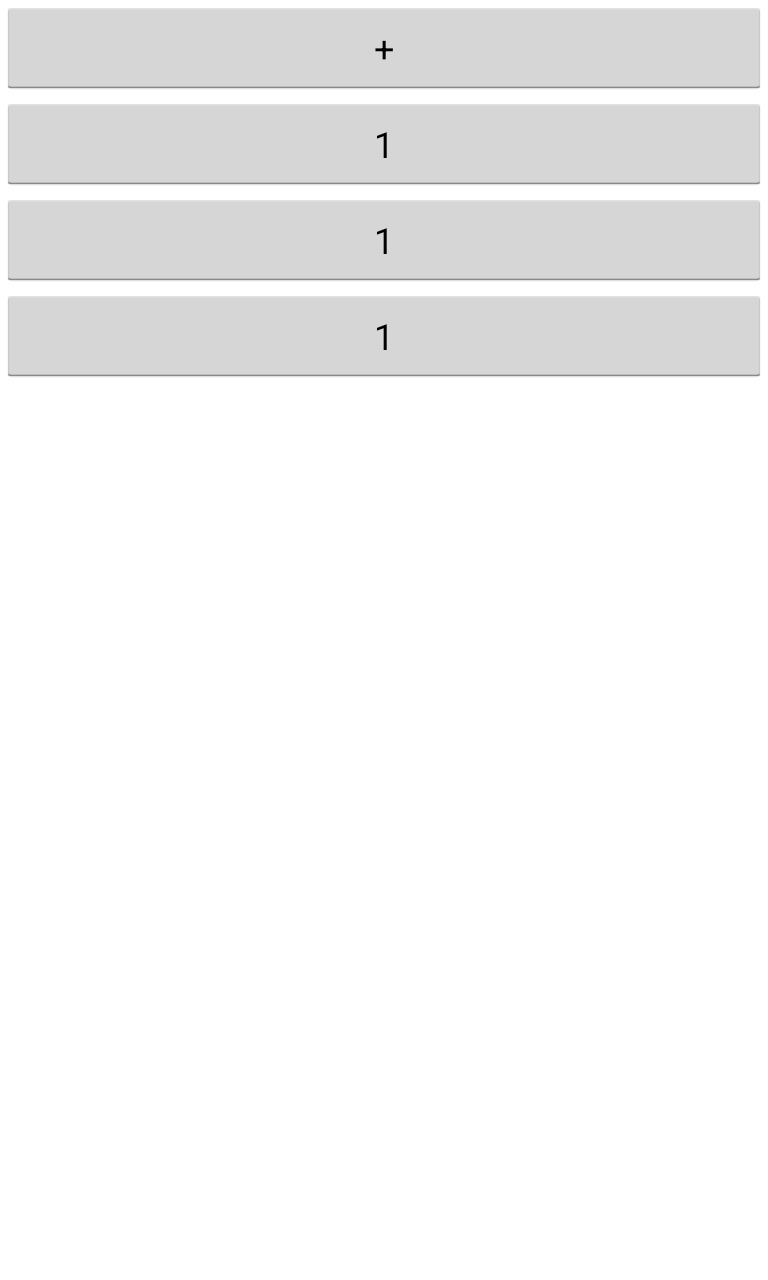
Repository: Xiao-Jian/Android
Layout: Calculator1/res/layout/activity_main.xml
The author's editor kept a copy of each file at every save. The layout is drawn from the files as they stood at one save, then again after the next save.
It is drawn on a 768 x 1280 px phone screen (xhdpi) without system bars, with theme AppTheme; the app's code is not run.

Above is the layout before, as saved 2015-05-14 05:21:32.

### Calculator1/res/layout/activity_main.xml
<LinearLayout xmlns:android="http://schemas.android.com/apk/res/android"
    xmlns:tools="http://schemas.android.com/tools"
    android:layout_width="match_parent"
    android:layout_height="match_parent"
    tools:context="com.example.calculator1.MainActivity" >

    <LinearLayout
	    android:layout_width="fill_parent"
	    android:layout_height="wrap_content"
	    android:layout_weight="2"
	    android:orientation="vertical"
	    android:background="#EEE9E9"
	    >
	    <EditText
	        android:textSize="25dp"
	        android:id="@+id/screen"
	        android:cursorVisible="false"
	        android:layout_width="fill_parent"
	        android:layout_height="fill_parent"
	        android:layout_weight="8"
	        android:gravity="center|right"
	        android:maxLines="4"
	        android:lines="4"
	        android:enabled="false"
	        android:background="#EEE9E9"
	        android:textColor="#000000"
	        />
	</LinearLayout>

    <LinearLayout
        android:layout_width="fill_parent"
        android:layout_height="wrap_content"
        android:gravity="center"
        android:orientation="vertical">

        <Button
            android:id="@+id/add"
        	android:layout_width="match_parent"
        	android:layout_height="match_parent"
        	android:layout_weight="1"
        	android:text="@string/add"
            />
        <Button
            android:id="@+id/sub"
        	android:layout_width="match_parent"
        	android:layout_height="match_parent"
        	android:layout_weight="1"
        	android:text="@string/one"
            />
        <Button
            android:id="@+id/mult"
        	android:layout_width="match_parent"
        	android:layout_height="match_parent"
        	android:layout_weight="1"
        	android:text="@string/one"
            />
        <Button
            android:id="@+id/div"
        	android:layout_width="match_parent"
        	android:layout_height="match_parent"
        	android:layout_weight="1"
        	android:text="@string/one"
            />

    </LinearLayout>
</LinearLayout>

### Calculator1/res/values/strings.xml
<?xml version="1.0" encoding="utf-8"?>
<resources>

    <string name="app_name">Calculator1</string>
    <string name="action_settings">Settings</string>

    <string name="one">1</string>
    <string name="two">2</string>
    <string name="three">3</string>
    <string name="four">4</string>
    <string name="five">5</string>
    <string name="six">6</string>
    <string name="seven">7</string>
    <string name="eight">8</string>
    <string name="nine">9</string>
    <string name="zero">0</string>
    <string name="add">+</string>
    <string name="sub">-</string>
    <string name="mult">*</string>
    <string name="div">/</string>
    <string name="point">.</string>
    <string name="equal">=</string>
    <string name="clear">C</string>

</resources>

Loaded but not shown: Calculator1/res/values/styles.xml (common file); Calculator1/res/values-v11/styles.xml (common file); Calculator1/res/values-v14/styles.xml (common file)

After the next save:
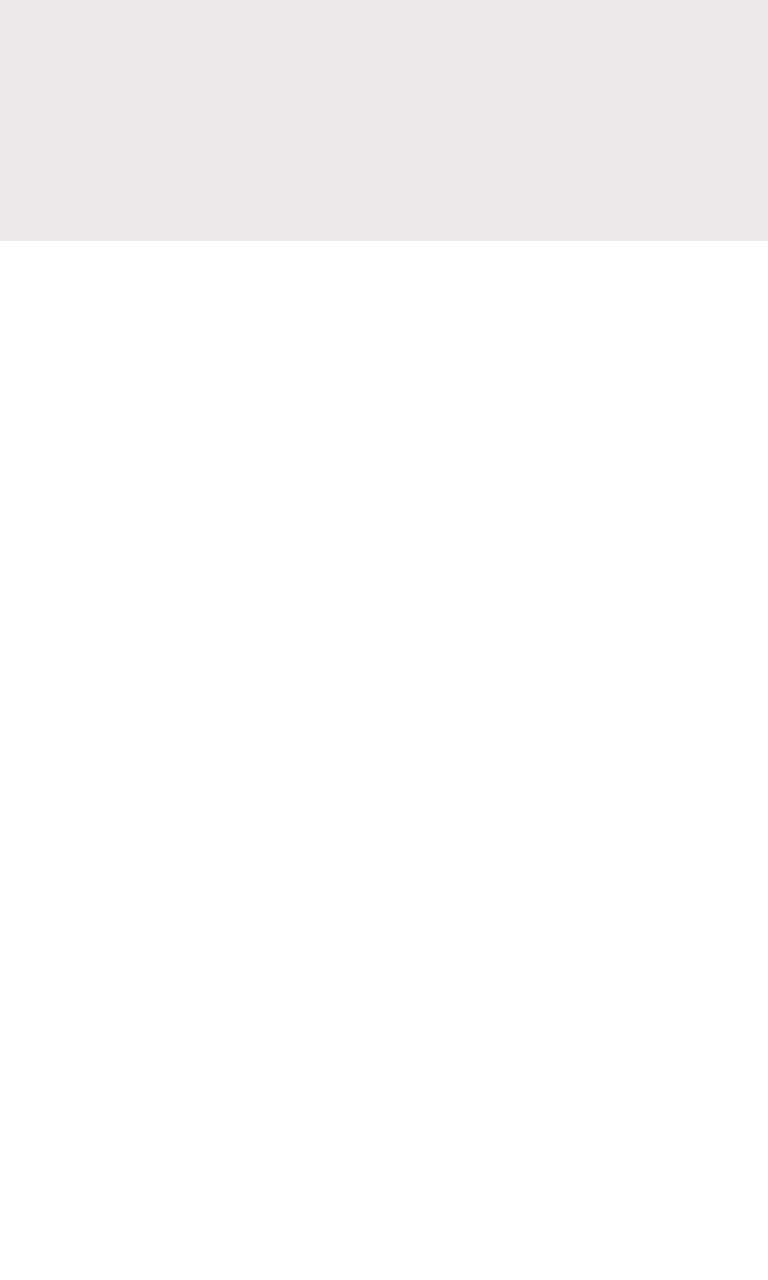
Saved 67 s later.
--- a/Calculator1/res/layout/activity_main.xml
+++ b/Calculator1/res/layout/activity_main.xml
@@ -7,7 +7,6 @@
     <LinearLayout
 	    android:layout_width="fill_parent"
 	    android:layout_height="wrap_content"
-	    android:layout_weight="2"
 	    android:orientation="vertical"
 	    android:background="#EEE9E9"
 	    >
@@ -17,7 +16,6 @@
 	        android:cursorVisible="false"
 	        android:layout_width="fill_parent"
 	        android:layout_height="fill_parent"
-	        android:layout_weight="8"
 	        android:gravity="center|right"
 	        android:maxLines="4"
 	        android:lines="4"
@@ -37,28 +35,24 @@
             android:id="@+id/add"
         	android:layout_width="match_parent"
         	android:layout_height="match_parent"
-        	android:layout_weight="1"
         	android:text="@string/add"
             />
         <Button
             android:id="@+id/sub"
         	android:layout_width="match_parent"
         	android:layout_height="match_parent"
-        	android:layout_weight="1"
         	android:text="@string/one"
             />
         <Button
             android:id="@+id/mult"
         	android:layout_width="match_parent"
         	android:layout_height="match_parent"
-        	android:layout_weight="1"
         	android:text="@string/one"
             />
         <Button
             android:id="@+id/div"
         	android:layout_width="match_parent"
         	android:layout_height="match_parent"
-        	android:layout_weight="1"
         	android:text="@string/one"
             />
 

After the 2 saves that followed:
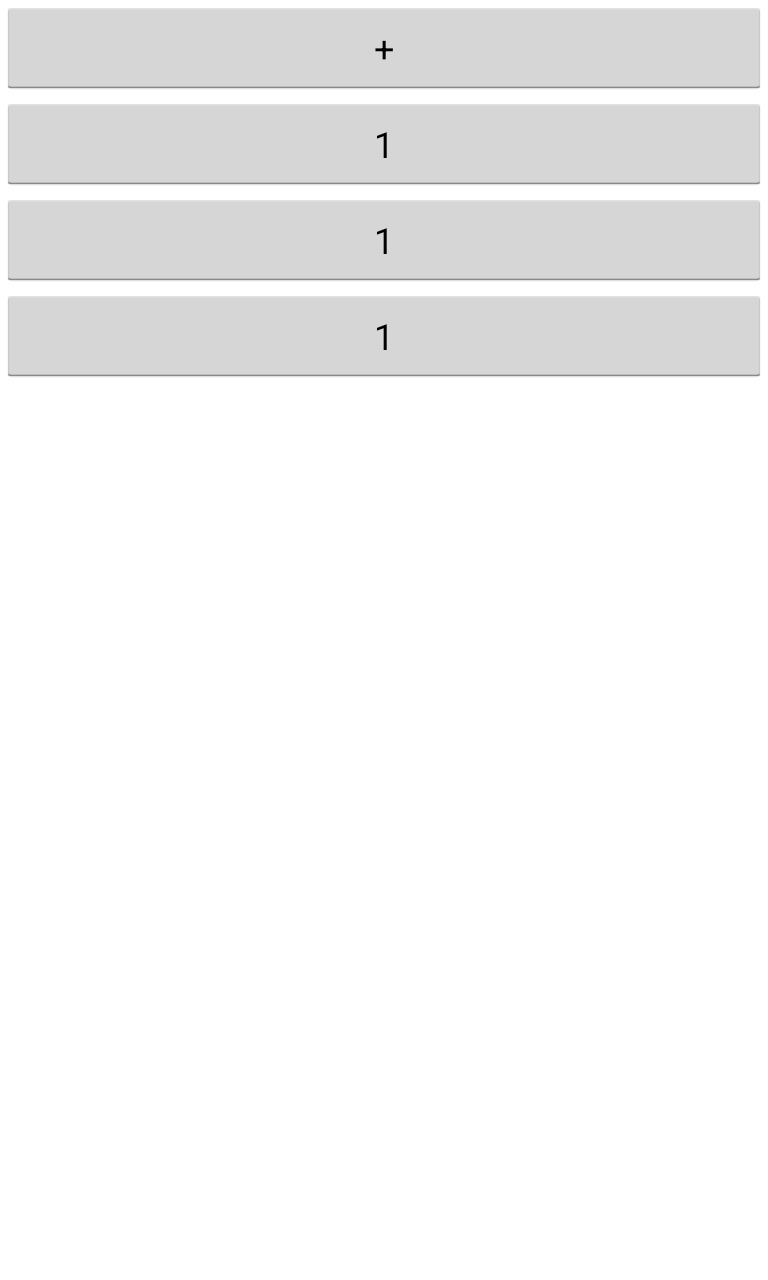
The 2 saves are shown as one change because 1 left the picture as it was.
The last was saved 16 s later.
--- a/Calculator1/res/layout/activity_main.xml
+++ b/Calculator1/res/layout/activity_main.xml
@@ -7,6 +7,7 @@
     <LinearLayout
 	    android:layout_width="fill_parent"
 	    android:layout_height="wrap_content"
+	    android:layout_weight="2"
 	    android:orientation="vertical"
 	    android:background="#EEE9E9"
 	    >
@@ -16,6 +17,7 @@
 	        android:cursorVisible="false"
 	        android:layout_width="fill_parent"
 	        android:layout_height="fill_parent"
+	        android:layout_weight="8"
 	        android:gravity="center|right"
 	        android:maxLines="4"
 	        android:lines="4"
@@ -35,24 +37,28 @@
             android:id="@+id/add"
         	android:layout_width="match_parent"
         	android:layout_height="match_parent"
+        	android:layout_weight="1"
         	android:text="@string/add"
             />
         <Button
             android:id="@+id/sub"
         	android:layout_width="match_parent"
         	android:layout_height="match_parent"
+        	android:layout_weight="1"
         	android:text="@string/one"
             />
         <Button
             android:id="@+id/mult"
         	android:layout_width="match_parent"
         	android:layout_height="match_parent"
+        	android:layout_weight="1"
         	android:text="@string/one"
             />
         <Button
             android:id="@+id/div"
         	android:layout_width="match_parent"
         	android:layout_height="match_parent"
+        	android:layout_weight="1"
         	android:text="@string/one"
             />
 
